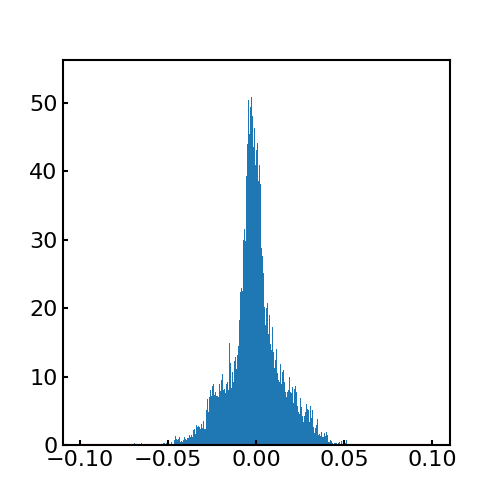
Repository: nishimuraHikar/PythonShowGraph
Script's output: python main.py
These files come from the project's save history. The script's output is drawn as it stood at one moment and after the next save; the edit follows.
Random numbers start from a fixed seed.

Above is the script's output before, as saved 2022-03-03 02:23:09.

### main.py
from time import time
import graph
import numpy as np

datafile = 'predict.csv'

timedata = graph.ReadColumn(datafile,0)
forcedatax = graph.ReadColumn(datafile, 1)
predictdatax = graph.ReadColumn(datafile, 2)
forcedatay = graph.ReadColumn(datafile, 3)
predictdatay = graph.ReadColumn(datafile, 4)

# graph.graph_1data(timedata, rawdata, "Raw Data")
# graph.graph_2data(timedata, rawdata, predictdata, "Raw Data", "Predict Data")
# graph.multiplot_2and1(timedata, forcedatax, predictdatax, forcedatay,predictdatay, "Actual X", "Predict X", "Actual Y", "Predict Y")
graph.histgram(forcedatax-predictdatax, 1000, 100)

### graph.py
import numpy as np
import matplotlib.pyplot as plt
import pandas as pd
from scipy.stats import norm

def ReadColumn(csv, line_num): #csvと列番号を指定
    #csvからndarray型に変換
    csvdata = pd.read_csv(csv, header=0, usecols=[line_num])
    # csvから読んだデータをnumpyの行列に入れる
    array = csvdata.values
    return array

# グラフ表示
# 1つのグラフ
def graph_1data(x_data, y_data, labelname):
    plt.rcParams['font.family'] = 'Times New Roman'
    plt.rcParams["xtick.direction"] = "in"
    plt.rcParams["ytick.direction"] = "in"
    plt.rcParams["xtick.major.width"] = 1.5
    plt.rcParams["ytick.major.width"] = 1.5
    plt.rcParams["font.size"] = 14
    plt.rcParams["axes.linewidth"] = 1.5

    plt.plot(x_data, y_data, c="darkorange", label=labelname)
    np.linspace(min(x_data), max(x_data), 100)
    # plt.ylim(-1.55, 1.55)
    # plt.ylim(min(y_data), max(y_data))
    plt.xlabel("Time[sec]", fontname = 'Times New Roman')
    plt.ylabel("Force[N]", fontname = 'Times New Roman')
    plt.legend()
    # plt.savefig('NNresult.png') #PNGファイル生成
    plt.show()


# 2つのグラフ
def graph_2data(x_data, y1_data, y2_data, labelname1, labelname2):
    plt.rcParams['font.family'] = 'Times New Roman'
    plt.rcParams["xtick.direction"] = "in"
    plt.rcParams["ytick.direction"] = "in"
    plt.rcParams["xtick.major.width"] = 1.5
    plt.rcParams["ytick.major.width"] = 1.5
    plt.rcParams["font.size"] = 14
    plt.rcParams["axes.linewidth"] = 1.5

    plt.plot(x_data, y1_data, c="darkorange", label=labelname1)
    plt.plot(x_data, y2_data, c="blue", label=labelname2)
    np.linspace(min(x_data), max(x_data), 100)
    # plt.ylim(-0.01, 0.01)
    # plt.ylim(min(y_data), max(y_data))
    plt.xlabel("Time[sec]", fontname = 'Times New Roman')
    plt.ylabel("Force[N]", fontname = 'Times New Roman')
    plt.legend()
# <<<<<<< HEAD
#     plt.savefig('NNresult.png') #PNGファイル生成
#     plt.show()

# マルチプロット2行1列
def multiplot_2and1(x_data, y_data1a, y_data1b, y_data2a, y_data2b, labelname1, labelname2, labelname3, labelname4):
    plt.rcParams['font.family'] = 'Times New Roman'
    plt.rcParams["xtick.direction"] = "in"
    plt.rcParams["ytick.direction"] = "in"
    plt.rcParams["xtick.major.width"] = 1.5
    plt.rcParams["ytick.major.width"] = 1.5
    plt.rcParams["font.size"] = 16
    plt.rcParams["axes.linewidth"] = 1.5

    plt.figure(figsize=[9, 7])
    # ax1 = fig.add_subplot(2, 1, 1)
    # ax2 = fig.add_subplot(2, 1, 2)

    plt.subplot(211)
    plt.plot(x_data, y_data1a, c="darkorange", label=labelname1)
    plt.plot(x_data, y_data1b, c="blue", label=labelname2)
    plt.ylabel("Force[N]", fontname = 'Times New Roman')
    plt.xlim(0, 60)
    plt.ylim(-0.1, 0.2)
    plt.axvspan(40, 60, color="gray", alpha=0.3)
    plt.legend(loc = 'upper left')

    plt.subplot(212)
    plt.plot(x_data, y_data2a, c="darkorange", label=labelname3)
    plt.plot(x_data, y_data2b, c="blue", label=labelname4)
    plt.ylabel("Force[N]", fontname = 'Times New Roman')
    plt.xlim(0, 60)
    plt.ylim(-0.1, 0.2)

    np.linspace(min(x_data), max(x_data), 100)
    plt.xlabel("Time[sec]", fontname = 'Times New Roman')
    plt.axvspan(40, 60, color="gray", alpha=0.3)
    plt.legend(loc = 'upper left')

    plt.tight_layout()
    plt.savefig("result.pdf")
    plt.show()

# ヒストグラム
def histgram(data, binsnum, scale):
    plt.rcParams['font.family'] = 'Times New Roman'
    plt.rcParams["xtick.direction"] = "in"
    plt.rcParams["ytick.direction"] = "in"
    plt.rcParams["xtick.major.width"] = 1.5
    plt.rcParams["ytick.major.width"] = 1.5
    plt.rcParams["font.size"] = 16
    plt.rcParams["axes.linewidth"] = 1.5
    fig = plt.figure(figsize = [5,5])
    ax = fig.add_subplot(111)
    ax.hist(data, bins = binsnum, density = True)
    X = np.linspace(-0.1, 0.1, 50)
    Y = norm.pdf(X, loc=0, scale=scale)
    ax.plot(X, Y, c="red")
    plt.show()

Loaded but not shown: predict.csv (59902 lines, source omitted)

After the next save:
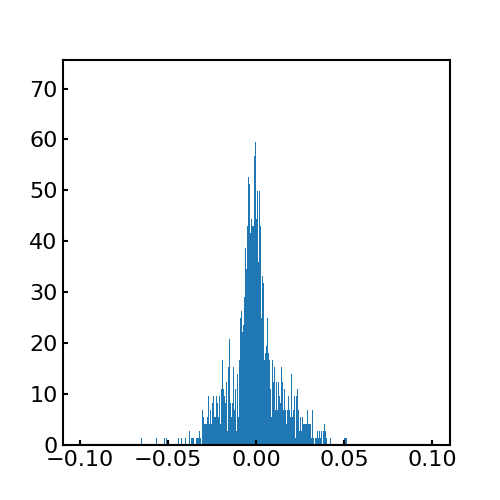
Saved 24 s later.
--- a/main.py
+++ b/main.py
@@ -13,4 +13,4 @@ predictdatay = graph.ReadColumn(datafile, 4)
 # graph.graph_1data(timedata, rawdata, "Raw Data")
 # graph.graph_2data(timedata, rawdata, predictdata, "Raw Data", "Predict Data")
 # graph.multiplot_2and1(timedata, forcedatax, predictdatax, forcedatay,predictdatay, "Actual X", "Predict X", "Actual Y", "Predict Y")
-graph.histgram(forcedatax-predictdatax, 1000, 100)
+graph.histgram(forcedatax-predictdatax, 10000, 100)
